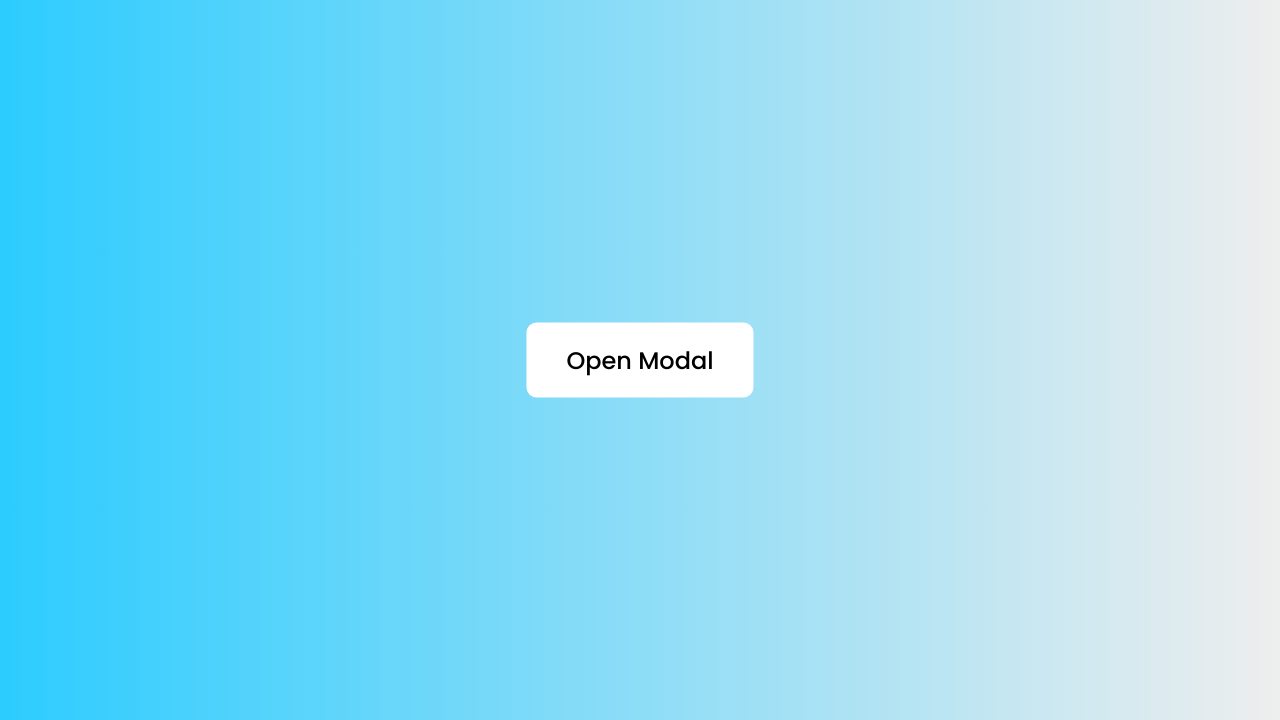
Repository: lausamtuong/Modal_card
Page: index.html
An editor plug-in stored every save of this project. The page is shown before and after the next save, followed by the edit.
The browser window is 1280 px wide. The pictures show the whole page.
After loading, the first visible `button.open__btn` was clicked once.
The style sheet was rebuilt from its Sass, Less or Tailwind sources for each picture, by a compiler version that may differ from the author's.

Above is the page before, as saved 2021-12-15 07:10:50.

After the next save:
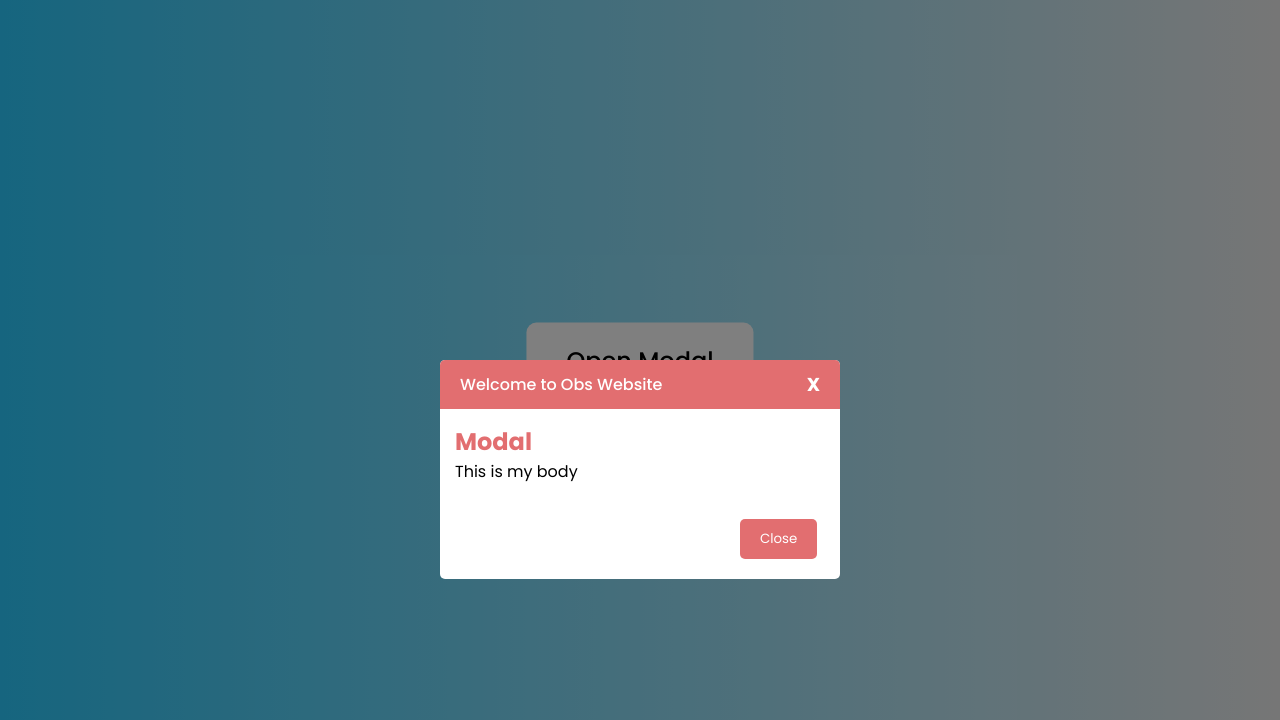
Saved 17 s later.
--- a/js.js
+++ b/js.js
@@ -2,6 +2,6 @@ var open = document.querySelector(".open__btn")
 var modal =document.querySelector(".modal")
 function toggle(){
 
-    modal.classList.add("hide")
+    modal.classList.toggle("hide")
 }
 open.addEventListener("click",toggle)
